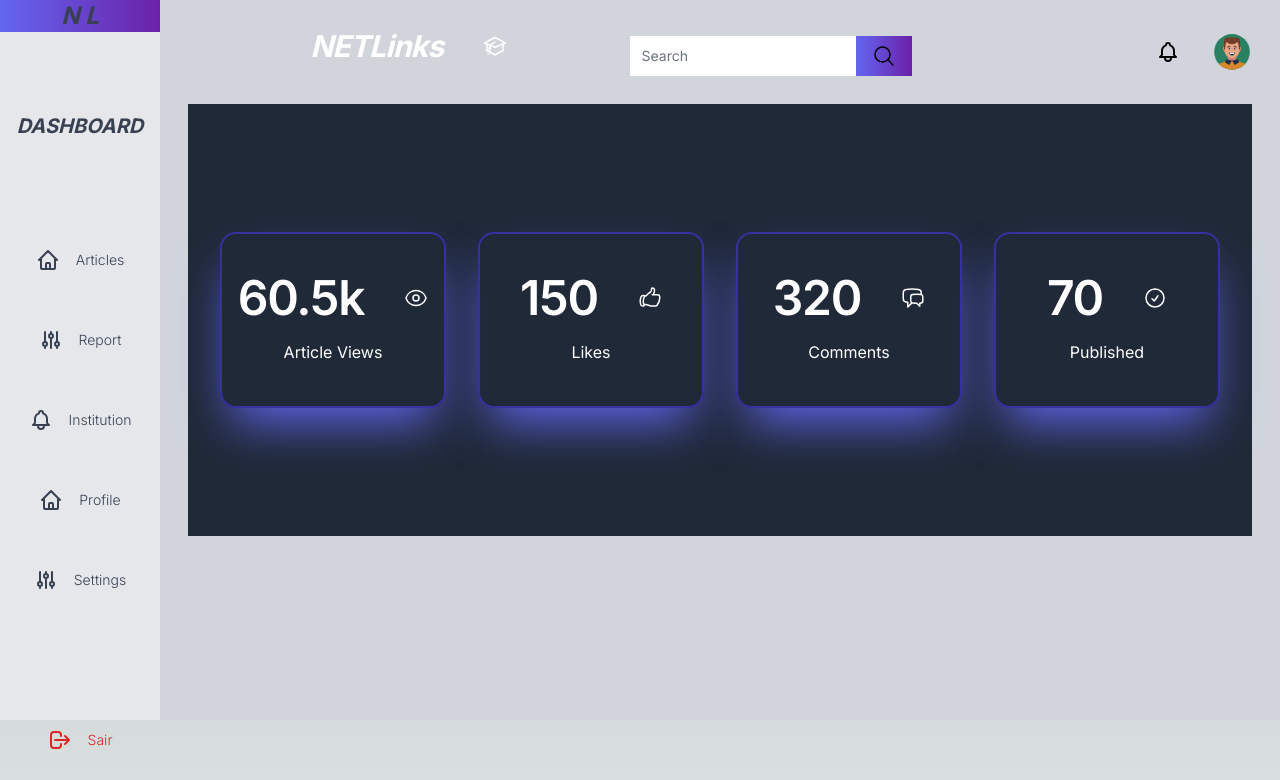
Repository: KennedyWanderson/AdminDashboard
Page: / (app in Code/admindashboard/)
The author's editor kept a copy of each file at every save. The page is drawn from the files as they stood at one save, then again after a run of saves.
The browser window is 1280 px wide. The pictures show the whole page.
The project was rebuilt for these pictures with package versions that can differ from the ones it lists, and the page was loaded fresh each time. The framework's server and built-in components were replaced by stand-ins that run in the browser. Also part of the build but not shown: Code/admindashboard/next.config.mjs.

Above is the page before, as saved 2024-06-26 20:12:59.

### Code/admindashboard/src/app/layout.js
import { Inter } from "next/font/google";
import "./globals.css";

const inter = Inter({ subsets: ["latin"] });

export const metadata = {
  title: "Admin Dashboard",
  description: "Generated by Kennedy Wanderson",
};

export default function RootLayout({ children }) {
  return (
    <html lang="en">
      <body className={inter.className}>{children}</body>
    </html>
  );
}

### Code/admindashboard/src/app/page.js
import Layout from "@/components/Layout";

export default function Home() {
  return (
    <Layout>
      Content
    </Layout>
  )
}

### Code/admindashboard/src/components/Layout.jsx
"use client";

import { useState } from "react";
import Content from "./Content";
import Header from "./Header";
import LateralMenu from "./LateralMenu";
import HomePage from "./Home";


export default function Layout() {
    const [activeComponent, setActiveComponent] = useState("HomePage");

    const renderActiveComponent = () => {
        switch (activeComponent) {
            case "HomePage":
                return <HomePage />;
            default:
                return <HomePage />;
        }
    };

    return (
        <div className={`flex h-screen w-screen`}>
            <LateralMenu setActiveComponent={setActiveComponent} />
            <div className={`
                flex flex-col w-full p-7
                bg-gray-300 dark:bg-gray-800
            `}>
                <Header />
                <Content>
                    {renderActiveComponent()}
                </Content>
            </div>
        </div>
    );
}

### Code/admindashboard/src/components/Content.jsx
export default function Content({ children }) {
    return (
        <div className={`
            flex flex-col mt-7
            dark:text-gray-200
        `}>
            {children}
        </div>
    );
}

### Code/admindashboard/src/components/Header.jsx
import AvatarUsuario from "./UserAvatar";
import { IconeAcademic, IconeSearch, IconeSino } from "./icons";

export default function Header({ titulo, subtitulo }) {


    return (
        <div className={`flex`}>
            <div>
                <h1 className={`
                font-black text-3xl
                text-gray-900 dark:text-gray-100
            `}>
                    {titulo}
                </h1>
                <h2 className={`
                font-light text-sm
                dark:text-gray-300
            `}>
                    {subtitulo}
                </h2>
            </div>
            <header className="flex flex-grow justify-center text-white">
                <nav className=" justify-center" aria-label="Global">
                    <div className="hidden lg:flex lg:gap-x-12">
                        <a href="#" className="order-first text-xl font-bold flex items-center gap-10 italic tracking-tight text-white sm:text-3xl">NETLinks {IconeAcademic}</a>
                    </div>
                </nav>
            </header>

                <div className="relative mt-2 ">
                    <div className=" absolute inset-y-0 left-0 flex items-center pl-3">
                        <span className="text-gray-500 sm:text-sm">Search </span>
                    </div>
                    <input
                        type="text"
                        name="search"
                        id="search"
                        className="w-full rounded-none py-2 px-6"
                    >

                    </input>
                    <div className="absolute inset-y-0 px-4 right-0 flex items-center bg-gradient-to-r from-indigo-500 to-purple-800 cursor-pointer">
                        {IconeSearch}
                    </div>
                </div>


            <div className={`flex flex-grow justify-end items-center gap-8`}>

                {IconeSino}
                <AvatarUsuario />
            </div>
        </div>
    )
}

### Code/admindashboard/src/components/LateralMenu.jsx
"use client";

import MenuItem from "./ItemMenu";
import { IconeAjustes, IconeCasa, IconeSair, IconeSino } from "./icons";

export default function LateralMenu({ setActiveComponent }) {
    return (
        <aside className={`
            flex flex-col items-center gap-20
            bg-gray-200 text-gray-700
            dark:bg-gray-900
        `}>
            <div className={`
                flex flex-col items-center justify-center font-bold italic text-2xl
                bg-gradient-to-r from-indigo-500 to-purple-800
                h-20 w-40
            `}>
                N L
            </div>
            <div className="flex items-center justify-center w-full h-20 bg-">
                <h4 className="font-bold italic text-xl
                text-gradient-to-r from-indigo-500 to-purple-800
                ">DASHBOARD</h4>
            </div>

            <ul className="flex-grow">

                <MenuItem
                    texto="Articles"
                    icone={IconeCasa}
                    onClick={() => setActiveComponent('HomePage')}
                />
                <MenuItem
                    texto="Report"
                    icone={IconeAjustes}
                    onClick={() => setActiveComponent('Ajustes')}
                />
                <MenuItem
                    texto="Institution"
                    icone={IconeSino}
                    onClick={() => setActiveComponent('Notificacoes')}
                />
                                <MenuItem
                    texto="Profile"
                    icone={IconeCasa}
                    onClick={() => setActiveComponent('HomePage')}
                />
                <MenuItem
                    texto="Settings"
                    icone={IconeAjustes}
                    onClick={() => setActiveComponent('Ajustes')}
                />

            </ul>
            <ul>
                <MenuItem
                    texto="Sair"
                    icone={IconeSair}
                    className={`
                        text-red-600 dark:text-red-400
                        hover:bg-red-400 hover:text-white
                        dark:hover:text-white
                    `}
                />
            </ul>
        </aside>
    );
}

### Code/admindashboard/src/components/Home.jsx
import { IconeCheck, IconeComment, IconeEye, IconeLike } from "./icons";

export default function HomePage() {
    return (
        <div className="py-24 sm:py-32 bg-gray-800">
            <div className="mx-auto max-w-full px-6 lg:px-8">
                <dl className="grid grid-cols-1 gap-x-8 gap-y-16 text-center lg:grid-cols-4">
                    <div className="mx-auto flex items-center max-w-xs flex-col w-full border-2 rounded-2xl shadow-2xl shadow-indigo-500 p-10 border-indigo-800 gap-y-4">
                        <dt className="text-base leading-7 text-white">Article Views</dt>
                        <dd className="order-first flex items-center gap-10 text-3xl font-semibold tracking-tight text-white sm:text-5xl">60.5k {IconeEye}</dd>
                    </div>
                    <div className="mx-auto flex items-center max-w-xs flex-col w-full border-2 rounded-2xl shadow-2xl shadow-indigo-500 p-10 border-indigo-800 gap-y-4">
                        <dt className="text-base leading-7 text-white">Likes</dt>
                        <dd className="order-first text-3xl flex items-center gap-10 font-semibold tracking-tight text-white sm:text-5xl">150 {IconeLike}</dd>
                    </div>
                    <div className="mx-auto flex items-center max-w-xs flex-col w-full border-2 rounded-2xl shadow-2xl shadow-indigo-500 p-10 border-indigo-800 gap-y-4">
                        <dt className="text-base leading-7 text-white">Comments</dt>
                        <dd className="order-first text-3xl flex items-center gap-10 font-semibold tracking-tight text-white sm:text-5xl">320 {IconeComment}</dd>
                    </div>
                    <div className="mx-auto flex items-center max-w-xs flex-col w-full border-2 rounded-2xl shadow-2xl shadow-indigo-500 p-10 border-indigo-800 gap-y-4">
                        <dt className="text-base leading-7 text-white">Published</dt>
                        <dd className="order-first text-3xl flex items-center gap-10 font-semibold tracking-tight text-white sm:text-5xl">70 {IconeCheck}</dd>
                    </div>
                </dl>

                {/* <table className="table-auto w-full mt-8 text-white">
                    <thead>
                        <tr className="">
                            <th className="px-4 py-2 border">Song</th>
                            <th className="px-4 py-2 border">Artist</th>
                            <th className="px-4 py-2 border">Year</th>
                        </tr>
                    </thead>
                    <tbody>
                        <tr className="">
                            <td className="px-4 py-2 border">The Sliding Mr. Bones (Next Stop, Pottersville)</td>
                            <td className="px-4 py-2 border">Malcolm Lockyer</td>
                            <td className="px-4 py-2 border">1961</td>
                        </tr>
                        <tr className="">
                            <td className="px-4 py-2 border">Witchy Woman</td>
                            <td className="px-4 py-2 border">The Eagles</td>
                            <td className="px-4 py-2 border">1972</td>
                        </tr>
                        <tr className="">
                            <td className="px-4 py-2 border">Shining Star</td>
                            <td className="px-4 py-2 border">Earth, Wind, and Fire</td>
                            <td className="px-4 py-2 border">1975</td>
                        </tr>
                        <tr className="">
                            <td className="px-4 py-2 border">The Sliding Mr. Bones (Next Stop, Pottersville)</td>
                            <td className="px-4 py-2 border">Malcolm Lockyer</td>
                            <td className="px-4 py-2 border">1961</td>
                        </tr>
                        <tr className="">
                            <td className="px-4 py-2 border">Witchy Woman</td>
                            <td className="px-4 py-2 border">The Eagles</td>
                            <td className="px-4 py-2 border">1972</td>
                        </tr>
                        <tr className="">
                            <td className="px-4 py-2 border">Shining Star</td>
                            <td className="px-4 py-2 border">Earth, Wind, and Fire</td>
                            <td className="px-4 py-2 border">1975</td>
                        </tr>
                        <tr className="">
                            <td className="px-4 py-2 border">The Sliding Mr. Bones (Next Stop, Pottersville)</td>
                            <td className="px-4 py-2 border">Malcolm Lockyer</td>
                            <td className="px-4 py-2 border">1961</td>
                        </tr>
                        <tr className="">
                            <td className="px-4 py-2 border">Witchy Woman</td>
                            <td className="px-4 py-2 border">The Eagles</td>
                            <td className="px-4 py-2 border">1972</td>
                        </tr>
                        <tr className="">
                            <td className="px-4 py-2 border">Shining Star</td>
                            <td className="px-4 py-2 border">Earth, Wind, and Fire</td>
                            <td className="px-4 py-2 border">1975</td>
                        </tr>
                        <tr className="">
                            <td className="px-4 py-2 border">The Sliding Mr. Bones (Next Stop, Pottersville)</td>
                            <td className="px-4 py-2 border">Malcolm Lockyer</td>
                            <td className="px-4 py-2 border">1961</td>
                        </tr>
                        <tr className="">
                            <td className="px-4 py-2 border">Witchy Woman</td>
                            <td className="px-4 py-2 border">The Eagles</td>
                            <td className="px-4 py-2 border">1972</td>
                        </tr>
                        <tr className="">
                            <td className="px-4 py-2 border">Shining Star</td>
                            <td className="px-4 py-2 border">Earth, Wind, and Fire</td>
                            <td className="px-4 py-2 border">1975</td>
                        </tr>
                        <tr className="">
                            <td className="px-4 py-2 border">The Sliding Mr. Bones (Next Stop, Pottersville)</td>
                            <td className="px-4 py-2 border">Malcolm Lockyer</td>
                            <td className="px-4 py-2 border">1961</td>
                        </tr>
                        <tr className="">
                            <td className="px-4 py-2 border">Witchy Woman</td>
                            <td className="px-4 py-2 border">The Eagles</td>
                            <td className="px-4 py-2 border">1972</td>
                        </tr>
                        <tr className="">
                            <td className="px-4 py-2 border">Shining Star</td>
                            <td className="px-4 py-2 border">Earth, Wind, and Fire</td>
                            <td className="px-4 py-2 border">1975</td>
                        </tr>

                    </tbody>
                </table> */}
            </div>
        </div>
    )
}

### Code/admindashboard/src/components/UserAvatar.jsx


export default function AvatarUsuario({className}) {
    return (
            <img
                src={'/images/avatar.svg'}
                alt="Avatar do Usuário"
                className={`
                    h-10 w-10 rounded-full cursor-pointer
                    ${className}
                `}
            />

    )
}

### Code/admindashboard/src/components/icons/index.jsx
// Pra mais icones acessar... https://heroicons.com/

export const IconeSearch = (
    <svg xmlns="http://www.w3.org/2000/svg" fill="none" viewBox="0 0 24 24" strokeWidth={1.5} stroke="currentColor" className="size-6">
        <path strokeLinecap="round" strokeLinejoin="round" d="m21 21-5.197-5.197m0 0A7.5 7.5 0 1 0 5.196 5.196a7.5 7.5 0 0 0 10.607 10.607Z" />
    </svg>
)

export const IconeAcademic = (
    <svg xmlns="http://www.w3.org/2000/svg" fill="none" viewBox="0 0 24 24" strokeWidth={1.5} stroke="currentColor" className="size-6">
        <path strokeLinecap="round" strokeLinejoin="round" d="M4.26 10.147a60.438 60.438 0 0 0-.491 6.347A48.62 48.62 0 0 1 12 20.904a48.62 48.62 0 0 1 8.232-4.41 60.46 60.46 0 0 0-.491-6.347m-15.482 0a50.636 50.636 0 0 0-2.658-.813A59.906 59.906 0 0 1 12 3.493a59.903 59.903 0 0 1 10.399 5.84c-.896.248-1.783.52-2.658.814m-15.482 0A50.717 50.717 0 0 1 12 13.489a50.702 50.702 0 0 1 7.74-3.342M6.75 15a.75.75 0 1 0 0-1.5.75.75 0 0 0 0 1.5Zm0 0v-3.675A55.378 55.378 0 0 1 12 8.443m-7.007 11.55A5.981 5.981 0 0 0 6.75 15.75v-1.5" />
    </svg>

)

export const IconeComment = (
    <svg xmlns="http://www.w3.org/2000/svg" fill="none" viewBox="0 0 24 24" strokeWidth={1.5} stroke="currentColor" className="size-6">
        <path strokeLinecap="round" strokeLinejoin="round" d="M20.25 8.511c.884.284 1.5 1.128 1.5 2.097v4.286c0 1.136-.847 2.1-1.98 2.193-.34.027-.68.052-1.02.072v3.091l-3-3c-1.354 0-2.694-.055-4.02-.163a2.115 2.115 0 0 1-.825-.242m9.345-8.334a2.126 2.126 0 0 0-.476-.095 48.64 48.64 0 0 0-8.048 0c-1.131.094-1.976 1.057-1.976 2.192v4.286c0 .837.46 1.58 1.155 1.951m9.345-8.334V6.637c0-1.621-1.152-3.026-2.76-3.235A48.455 48.455 0 0 0 11.25 3c-2.115 0-4.198.137-6.24.402-1.608.209-2.76 1.614-2.76 3.235v6.226c0 1.621 1.152 3.026 2.76 3.235.577.075 1.157.14 1.74.194V21l4.155-4.155" />
    </svg>

)

export const IconeCheck = (
    <svg xmlns="http://www.w3.org/2000/svg" fill="none" viewBox="0 0 24 24" strokeWidth={1.5} stroke="currentColor" className="size-6">
        <path strokeLinecap="round" strokeLinejoin="round" d="M9 12.75 11.25 15 15 9.75M21 12a9 9 0 1 1-18 0 9 9 0 0 1 18 0Z" />
    </svg>


)

export const IconeLike = (
    <svg xmlns="http://www.w3.org/2000/svg" fill="none" viewBox="0 0 24 24" strokeWidth={1.5} stroke="currentColor" className="size-6">
        <path strokeLinecap="round" strokeLinejoin="round" d="M6.633 10.25c.806 0 1.533-.446 2.031-1.08a9.041 9.041 0 0 1 2.861-2.4c.723-.384 1.35-.956 1.653-1.715a4.498 4.498 0 0 0 .322-1.672V2.75a.75.75 0 0 1 .75-.75 2.25 2.25 0 0 1 2.25 2.25c0 1.152-.26 2.243-.723 3.218-.266.558.107 1.282.725 1.282m0 0h3.126c1.026 0 1.945.694 2.054 1.715.045.422.068.85.068 1.285a11.95 11.95 0 0 1-2.649 7.521c-.388.482-.987.729-1.605.729H13.48c-.483 0-.964-.078-1.423-.23l-3.114-1.04a4.501 4.501 0 0 0-1.423-.23H5.904m10.598-9.75H14.25M5.904 18.5c.083.205.173.405.27.602.197.4-.078.898-.523.898h-.908c-.889 0-1.713-.518-1.972-1.368a12 12 0 0 1-.521-3.507c0-1.553.295-3.036.831-4.398C3.387 9.953 4.167 9.5 5 9.5h1.053c.472 0 .745.556.5.96a8.958 8.958 0 0 0-1.302 4.665c0 1.194.232 2.333.654 3.375Z" />
    </svg>

)

export const IconeEye = (
    <svg xmlns="http://www.w3.org/2000/svg" fill="none" viewBox="0 0 24 24" strokeWidth={1.5} stroke="currentColor" className="size-6">
        <path strokeLinecap="round" strokeLinejoin="round" d="M2.036 12.322a1.012 1.012 0 0 1 0-.639C3.423 7.51 7.36 4.5 12 4.5c4.638 0 8.573 3.007 9.963 7.178.07.207.07.431 0 .639C20.577 16.49 16.64 19.5 12 19.5c-4.638 0-8.573-3.007-9.963-7.178Z" />
        <path strokeLinecap="round" strokeLinejoin="round" d="M15 12a3 3 0 1 1-6 0 3 3 0 0 1 6 0Z" />
    </svg>
)

export const IconeCasa = (
    <svg xmlns="http://www.w3.org/2000/svg" className="h-6 w-6" fill="none" viewBox="0 0 24 24" stroke="currentColor">
        <path strokeLinecap="round" strokeLinejoin="round" strokeWidth={2} d="M3 12l2-2m0 0l7-7 7 7M5 10v10a1 1 0 001 1h3m10-11l2 2m-2-2v10a1 1 0 01-1 1h-3m-6 0a1 1 0 001-1v-4a1 1 0 011-1h2a1 1 0 011 1v4a1 1 0 001 1m-6 0h6" />
    </svg>
)

export const IconeAjustes = (
    <svg xmlns="http://www.w3.org/2000/svg" className="h-6 w-6" fill="none" viewBox="0 0 24 24" stroke="currentColor">
        <path strokeLinecap="round" strokeLinejoin="round" strokeWidth={2} d="M12 6V4m0 2a2 2 0 100 4m0-4a2 2 0 110 4m-6 8a2 2 0 100-4m0 4a2 2 0 110-4m0 4v2m0-6V4m6 6v10m6-2a2 2 0 100-4m0 4a2 2 0 110-4m0 4v2m0-6V4" />
    </svg>
)

export const IconeSino = (
    <svg xmlns="http://www.w3.org/2000/svg" className="h-6 w-6" fill="none" viewBox="0 0 24 24" stroke="currentColor">
        <path strokeLinecap="round" strokeLinejoin="round" strokeWidth={2} d="M15 17h5l-1.405-1.405A2.032 2.032 0 0118 14.158V11a6.002 6.002 0 00-4-5.659V5a2 2 0 10-4 0v.341C7.67 6.165 6 8.388 6 11v3.159c0 .538-.214 1.055-.595 1.436L4 17h5m6 0v1a3 3 0 11-6 0v-1m6 0H9" />
    </svg>
)

export const IconeSair = (
    <svg xmlns="http://www.w3.org/2000/svg" className="h-6 w-6" fill="none" viewBox="0 0 24 24" stroke="currentColor">
        <path strokeLinecap="round" strokeLinejoin="round" strokeWidth={2} d="M17 16l4-4m0 0l-4-4m4 4H7m6 4v1a3 3 0 01-3 3H6a3 3 0 01-3-3V7a3 3 0 013-3h4a3 3 0 013 3v1" />
    </svg>
)

export const IconeSol = (tamanho = 6) => (
    <svg xmlns="http://www.w3.org/2000/svg" className={`h-${tamanho} w-${tamanho}`} fill="none" viewBox="0 0 24 24" stroke="currentColor">
        <path strokeLinecap="round" strokeLinejoin="round" strokeWidth={2} d="M12 3v1m0 16v1m9-9h-1M4 12H3m15.364 6.364l-.707-.707M6.343 6.343l-.707-.707m12.728 0l-.707.707M6.343 17.657l-.707.707M16 12a4 4 0 11-8 0 4 4 0 018 0z" />
    </svg>
)

export const IconeLua = (tamanho = 6) => (
    <svg xmlns="http://www.w3.org/2000/svg" className={`h-${tamanho} w-${tamanho}`} fill="none" viewBox="0 0 24 24" stroke="currentColor">
        <path strokeLinecap="round" strokeLinejoin="round" strokeWidth={2} d="M20.354 15.354A9 9 0 018.646 3.646 9.003 9.003 0 0012 21a9.003 9.003 0 008.354-5.646z" />
    </svg>
)

export const IconeAtencao = (tamanho = 1) => (
    <svg xmlns="http://www.w3.org/2000/svg" className={`h-${tamanho} w-${tamanho}`} fill="none" viewBox="0 0 24 24" stroke="currentColor">
        <path strokeLinecap="round" strokeLinejoin="round" strokeWidth={2} d="M12 9v2m0 4h.01m-6.938 4h13.856c1.54 0 2.502-1.667 1.732-3L13.732 4c-.77-1.333-2.694-1.333-3.464 0L3.34 16c-.77 1.333.192 3 1.732 3z" />
    </svg>
)

### Code/admindashboard/src/components/ItemMenu.jsx

export default function MenuItem({ texto, icone, url, className, onClick }) {
    function renderizarLink() {
        return (
            <div className={`
                flex justify-center items-center
                h-20 w-auto gap-4
                dark:text-gray-200
                ${className}
            `}>
                {icone}
                <span className="text-sm font-light">
                    {texto}
                </span>
            </div>
        );
    }

    return (
        <li
            onClick={onClick}
            className={`
                hover:bg-gray-100 dark:hover:bg-gray-800
                cursor-pointer
            `}
        >
            {url ? (
                <a href={url}>
                    {renderizarLink()}
                </a>
            ) : (
                renderizarLink()
            )}
        </li>
    );
}

Loaded but not shown: Code/admindashboard/src/app/globals.css (common file); Code/admindashboard/tailwind.config.js (common file)

After the next 2 saves:
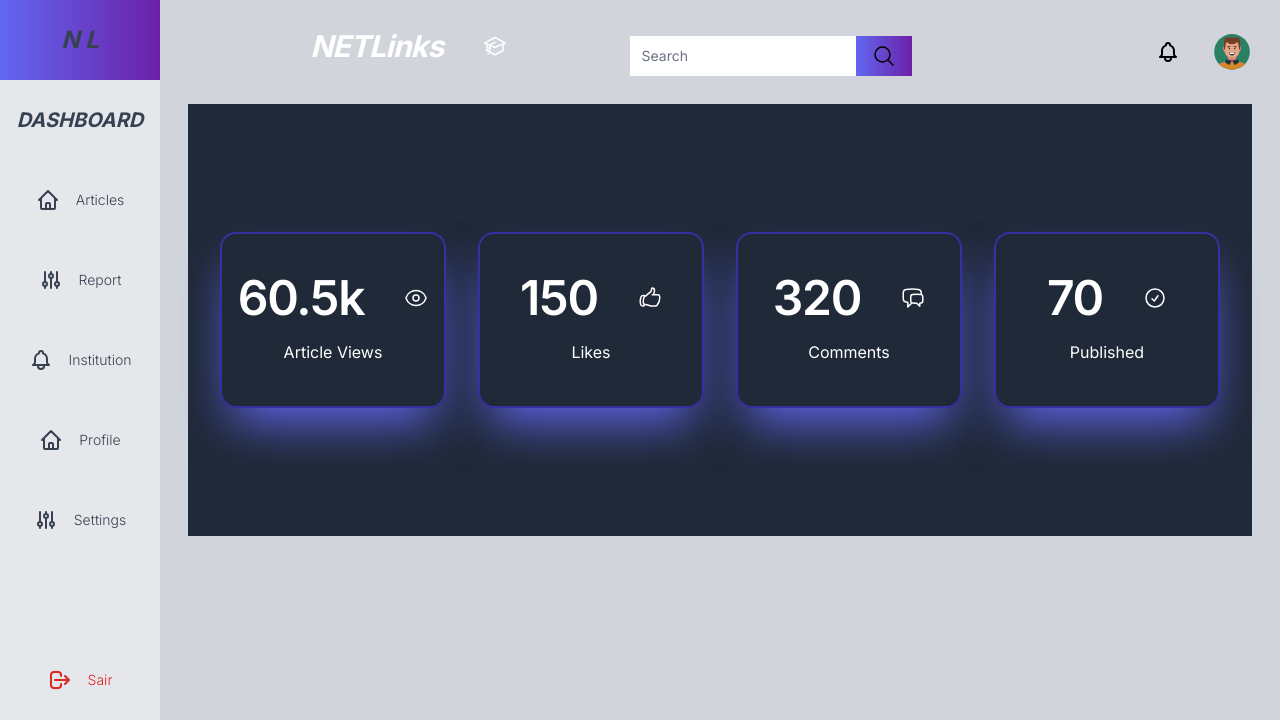
The 2 saves are shown as one change because they came seconds apart.
The last was saved 22 s later.
--- a/Code/admindashboard/src/components/LateralMenu.jsx
+++ b/Code/admindashboard/src/components/LateralMenu.jsx
@@ -6,7 +6,7 @@ import { IconeAjustes, IconeCasa, IconeSair, IconeSino } from "./icons";
 export default function LateralMenu({ setActiveComponent }) {
     return (
         <aside className={`
-            flex flex-col items-center gap-20
+            flex flex-col items-center
             bg-gray-200 text-gray-700
             dark:bg-gray-900
         `}>
